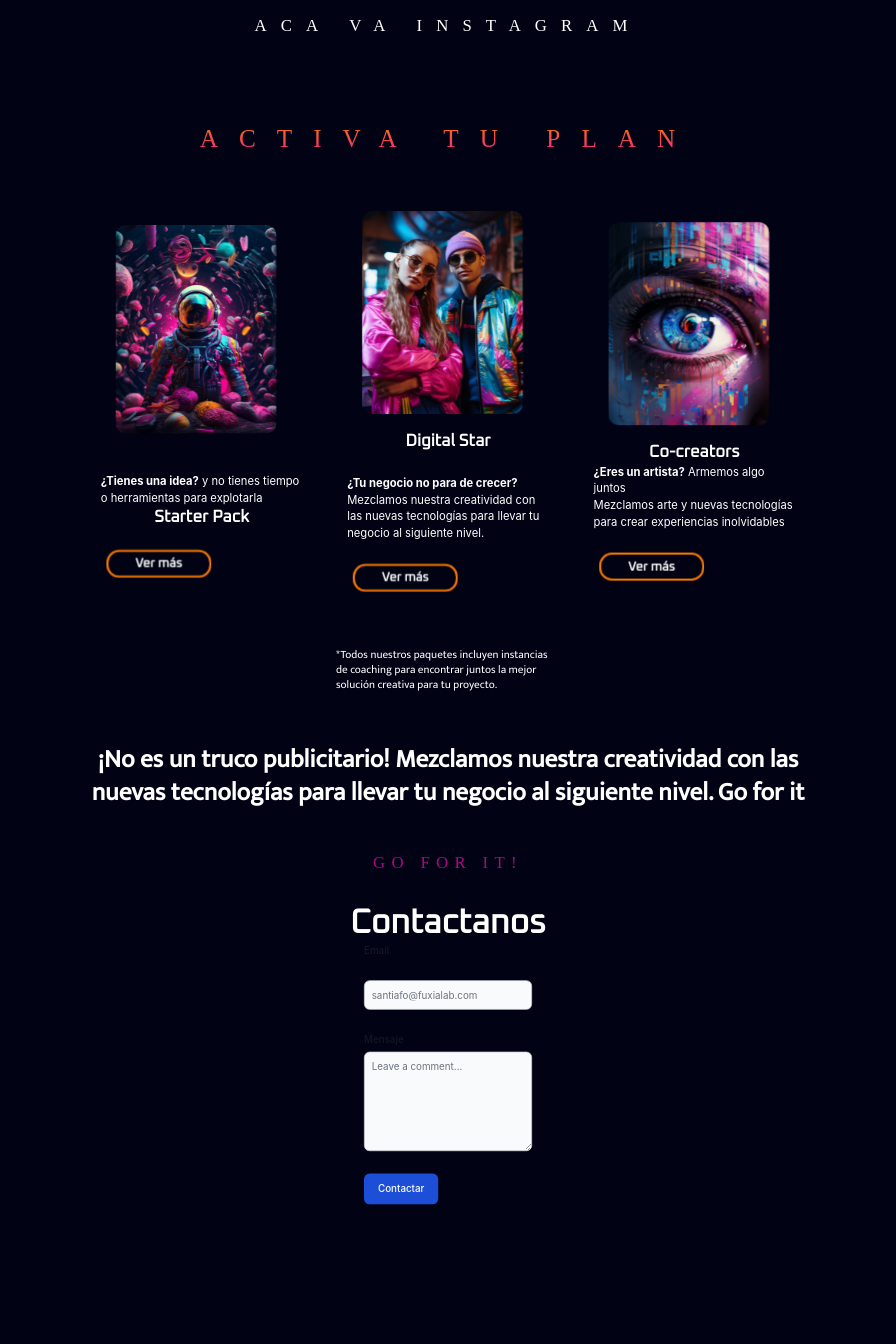
Repository: itsomosedison/tailwind-landing-page
Page: index.html
An editor plug-in stored every save of this project. The page is shown before and after the next save, followed by the edit.
The browser window is 1280 px wide. The pictures show the part of the page from y = 1139 to 3059 px (the page is 3059 px tall before and 2995 px after), at 70% of full size.
Some web fonts or font styles are not loaded; a fallback is used.

Above is the page before, as saved 2023-09-30 20:48:48.

After the next save:
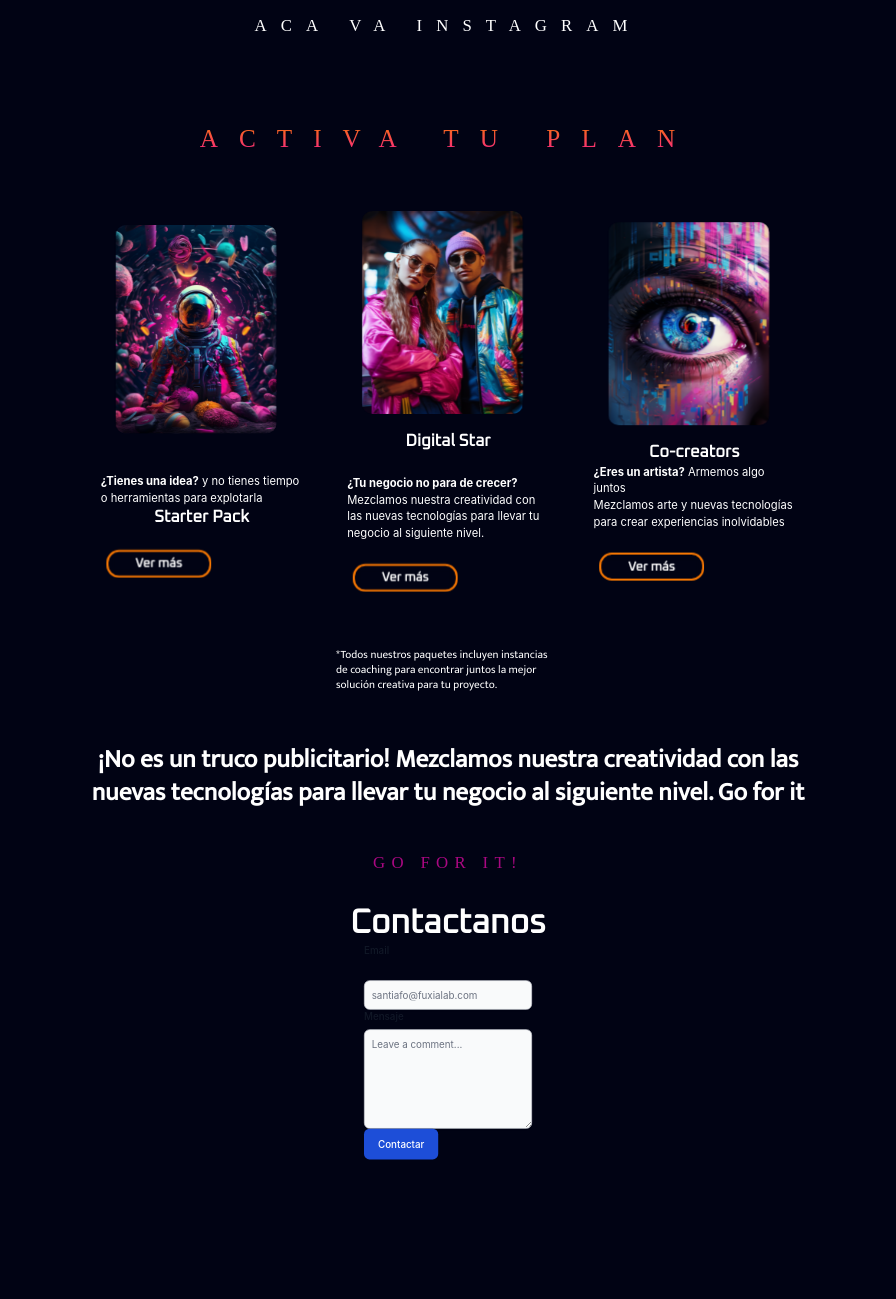
Saved 15 s later.
--- a/index.html
+++ b/index.html
@@ -98,7 +98,7 @@
                 <div>
                     <div class="containerFuxia flex-row">
                         <h2 class="contactenosH1">Contactanos</h2>
-                        <form action="#" class="space-y-8">
+                        <form action="#">
                             <div>
                                 <label for="email" class="block mb-8 text-sm font-medium text-gray-900 dark:text-gray-300">Email</label>
                                 <input type="email" id="email" class="shadow-sm bg-gray-50 border border-gray-300 text-gray-900 text-sm rounded-lg focus:ring-primary-500 focus:border-primary-500 block w-full p-2.5 dark:bg-gray-700 dark:border-gray-600 dark:placeholder-gray-400 dark:text-white dark:focus:ring-primary-500 dark:focus:border-primary-500 dark:shadow-sm-light" placeholder="santiafo@fuxialab.com" required>

After the save that followed:
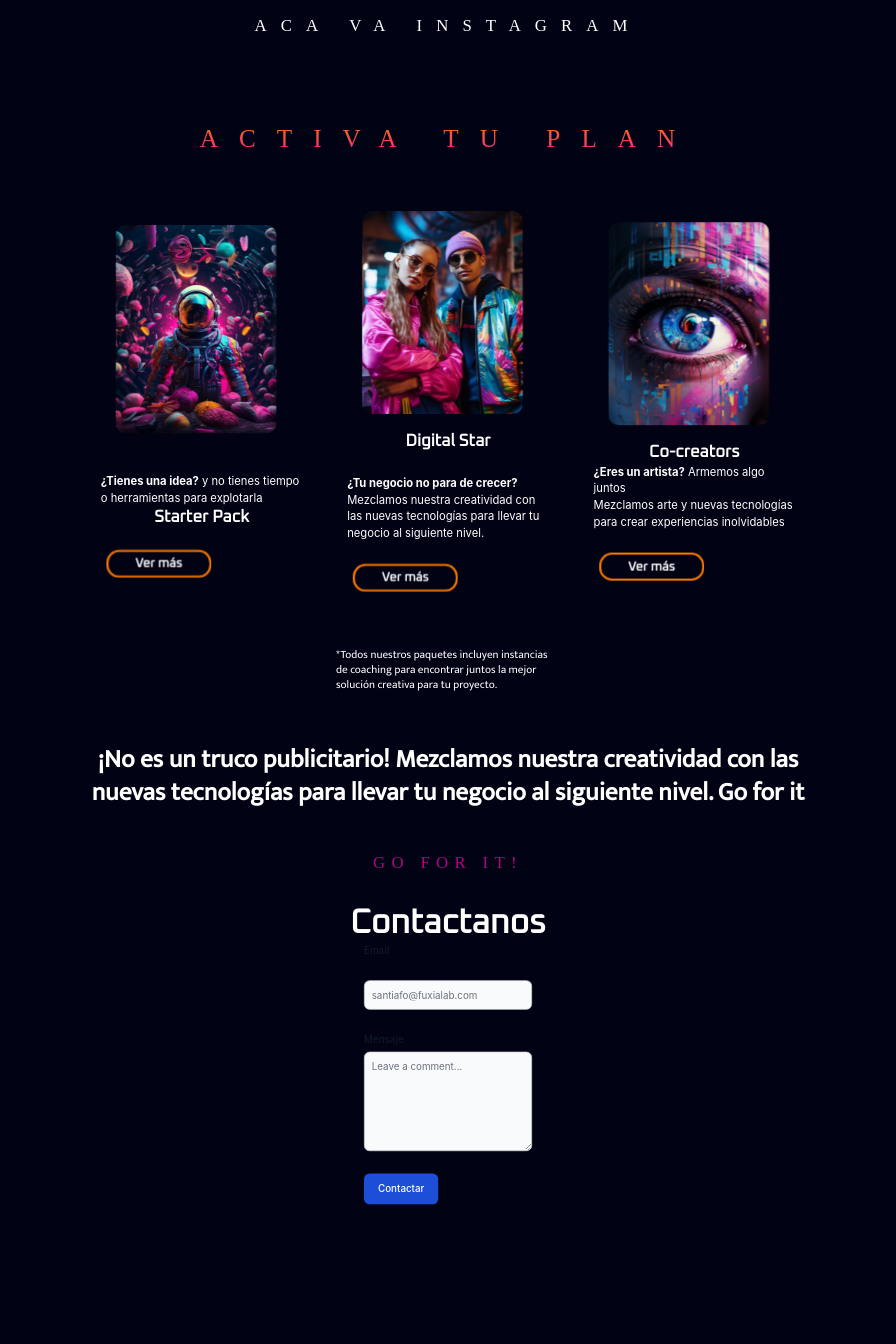
Saved 13 s later.
--- a/index.html
+++ b/index.html
@@ -98,7 +98,7 @@
                 <div>
                     <div class="containerFuxia flex-row">
                         <h2 class="contactenosH1">Contactanos</h2>
-                        <form action="#">
+                        <form action="#" class="space-y-8">
                             <div>
                                 <label for="email" class="block mb-8 text-sm font-medium text-gray-900 dark:text-gray-300">Email</label>
                                 <input type="email" id="email" class="shadow-sm bg-gray-50 border border-gray-300 text-gray-900 text-sm rounded-lg focus:ring-primary-500 focus:border-primary-500 block w-full p-2.5 dark:bg-gray-700 dark:border-gray-600 dark:placeholder-gray-400 dark:text-white dark:focus:ring-primary-500 dark:focus:border-primary-500 dark:shadow-sm-light" placeholder="santiafo@fuxialab.com" required>
